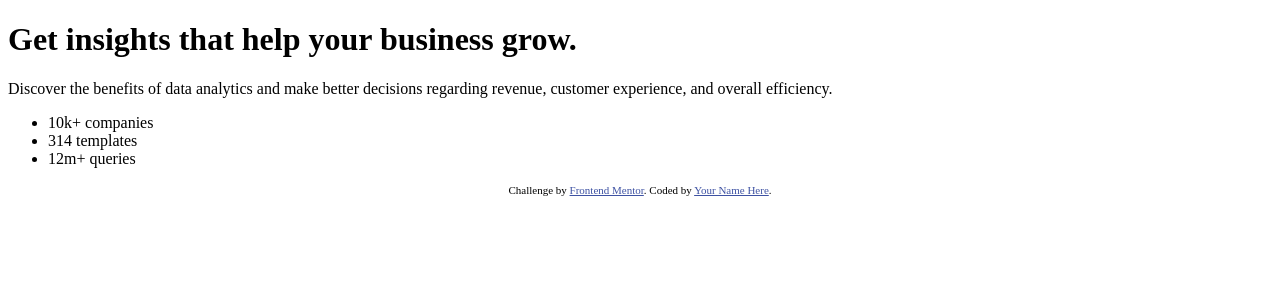
Repository: DejV44/stats-preview-card-component-main
Page: index.html
An editor plug-in stored every save of this project. The page is shown before and after the next save, followed by the edit.
The browser window is 1280 px wide. The pictures show the whole page.

Above is the page before, as saved 2021-07-04 21:00:32.

### index.html
<!DOCTYPE html>
<html lang="en">
<head>
  <meta charset="UTF-8">
  <meta name="viewport" content="width=device-width, initial-scale=1.0"> <!-- displays site properly based on user's device -->

  <link rel="icon" type="image/png" sizes="32x32" href="./images/favicon-32x32.png">
  <link rel="stylesheet" href="">

  <title>Frontend Mentor | Stats preview card component</title>

  <!-- Feel free to remove these styles or customise in your own stylesheet 👍 -->
  <style>
    .attribution { font-size: 11px; text-align: center; }
    .attribution a { color: hsl(228, 45%, 44%); }
  </style>
</head>
<body>
  <div>
    <div class="img">

    </div>
    <h1>Get insights that help your business grow.</h1>

    <p>Discover the benefits of data analytics and make better decisions regarding revenue, customer
    experience, and overall efficiency.</p>

    <ul>
      <li>10k+ companies</li>
      <li>314 templates</li>
      <li>12m+ queries</li>
    </ul>

  </div>


  <div class="attribution">
    Challenge by <a href="https://www.frontendmentor.io?ref=challenge" target="_blank">Frontend Mentor</a>.
    Coded by <a href="#">Your Name Here</a>.
  </div>
</body>
</html>

After the next save:
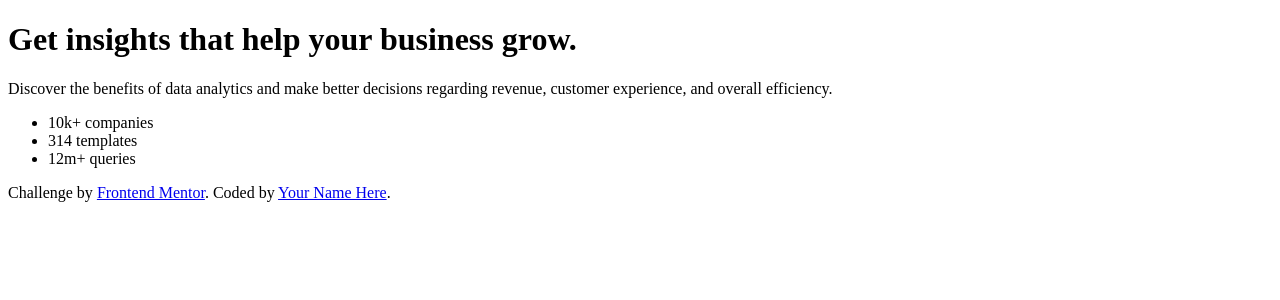
Saved 4 min 41 s later.
--- a/index.html
+++ b/index.html
@@ -10,10 +10,6 @@
   <title>Frontend Mentor | Stats preview card component</title>
 
   <!-- Feel free to remove these styles or customise in your own stylesheet 👍 -->
-  <style>
-    .attribution { font-size: 11px; text-align: center; }
-    .attribution a { color: hsl(228, 45%, 44%); }
-  </style>
 </head>
 <body>
   <div>
